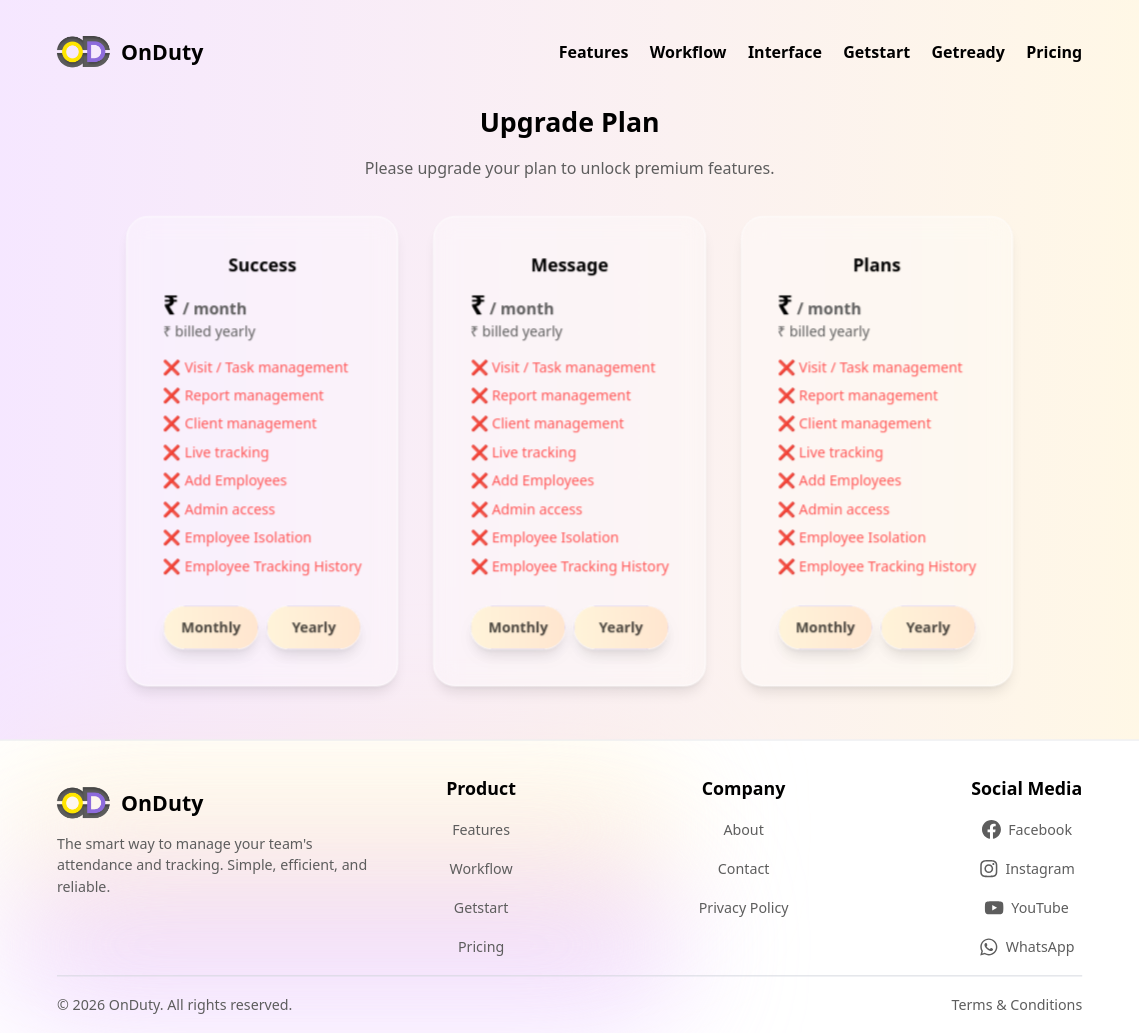
Repository: shekharzorin/ONDUTY-V1
Page: /pricing
The author's editor kept a copy of each file at every save. The page is drawn from the files as they stood at one save, then again after the next save.
The browser window is 1280 px wide. The pictures show the whole page, at 89% of full size.
The page's requests for data from a server got no answer. The project was rebuilt for these pictures with package versions that can differ from the ones it lists, and the page was loaded fresh each time. The framework's server and built-in components were replaced by stand-ins that run in the browser. No one was signed in, and anything a server would have sent is missing. Also part of the build but not shown: next.config.mjs, vite.config.js, app/components/ui/Crossicon.tsx.

Above is the page before, as saved 2026-01-17 21:39:17.

After the next save:
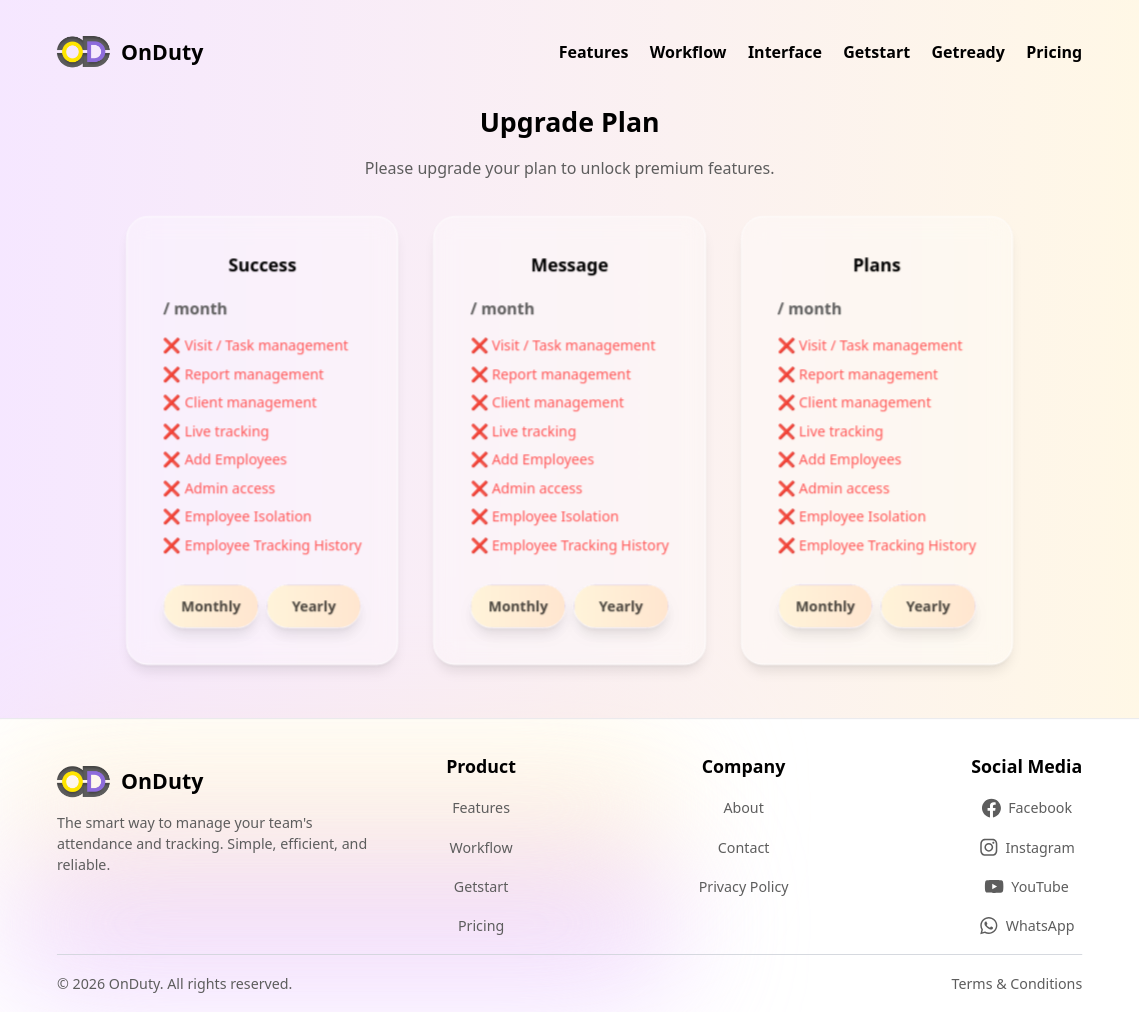
Saved 2 min 2 s later.
--- a/app/components/sections/pricing.tsx
+++ b/app/components/sections/pricing.tsx
@@ -18,16 +18,6 @@ const featureLabels: Record<string, string> = {
   adminViewAll: "Admin access",
   employeeIsolation: "Employee Isolation",
   employeeTrackingHistory: "Employee Tracking History",
-};
-
-const planPrices: Record<
-  string,
-  { monthly?: number; yearly?: number; label?: string }
-> = {
-  trial: { label: "Free" },
-  silver: { monthly: 299, yearly: 2999 },
-  gold: { monthly: 399, yearly: 3999 },
-  diamond: { monthly: 499, yearly: 4999 },
 };
 
 /* -------------------- ANIMATION VARIANTS -------------------- */
@@ -125,7 +115,6 @@ const Pricing = () => {
             className="flex items-center justify-center gap-5 md:gap-10 flex-wrap"
           >
             {Object.entries(plans).map(([planName, features]) => {
-              const price = planPrices[planName];
 
               return (
                 <motion.div
@@ -154,14 +143,12 @@ const Pricing = () => {
                     ) : (
                       <>
                         <p className="text-3xl font-bold">
-                          ₹{price?.monthly}
                           <span className="text-lg text-(--color-gray)">
                             {" "}
                             / month
                           </span>
                         </p>
                         <p className="text-(--color-gray)">
-                          ₹{price?.yearly} billed yearly
                         </p>
                       </>
                     )}
